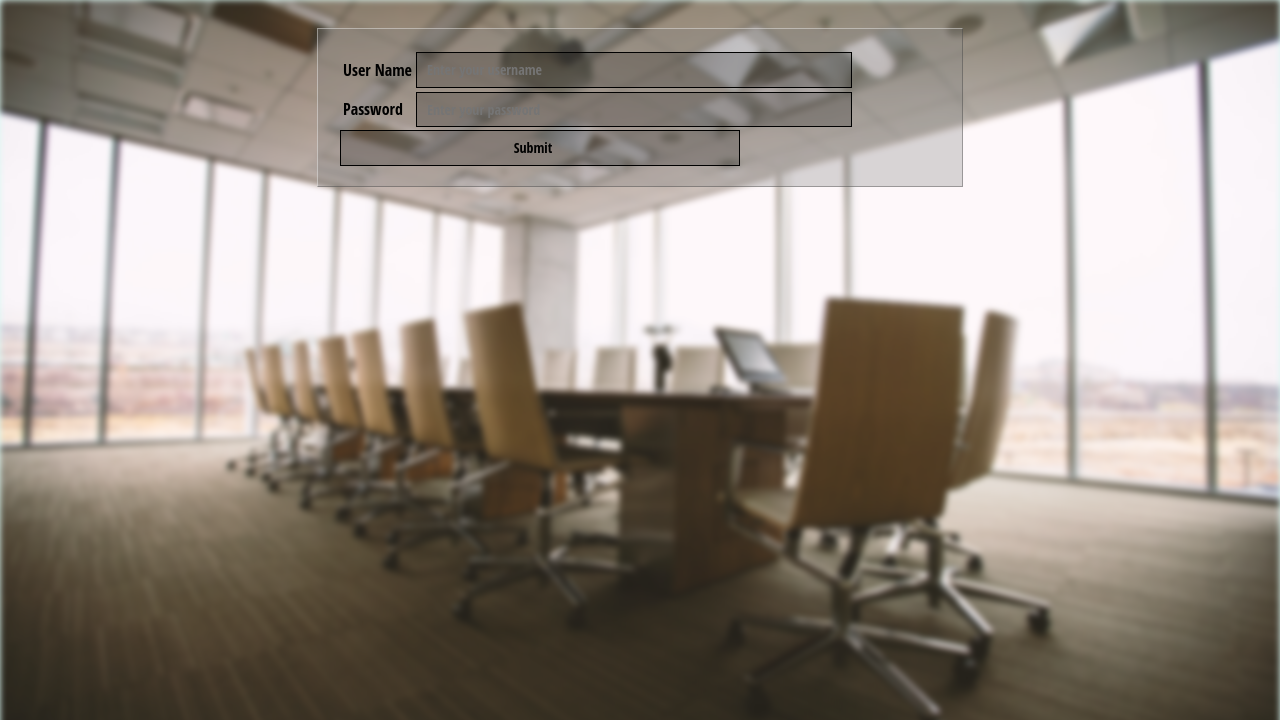
Repository: IT20643218/Employee-Management-System-OOP-Project-20-Y2S2
Page: http://localhost/EmployeeDemo/login.jsp
The author's editor kept a copy of each file at every save. The page is drawn from the files as they stood at one save, then again after the next save.
The browser window is 1280 px wide. The pictures show the whole page.
Some web fonts or font styles are not loaded; a fallback is used. The page is served by Tomcat 9. Nobody is signed in. The application's start-up code is not run.

Above is the page before, as saved 2021-09-30 13:00:33.

After the next save:
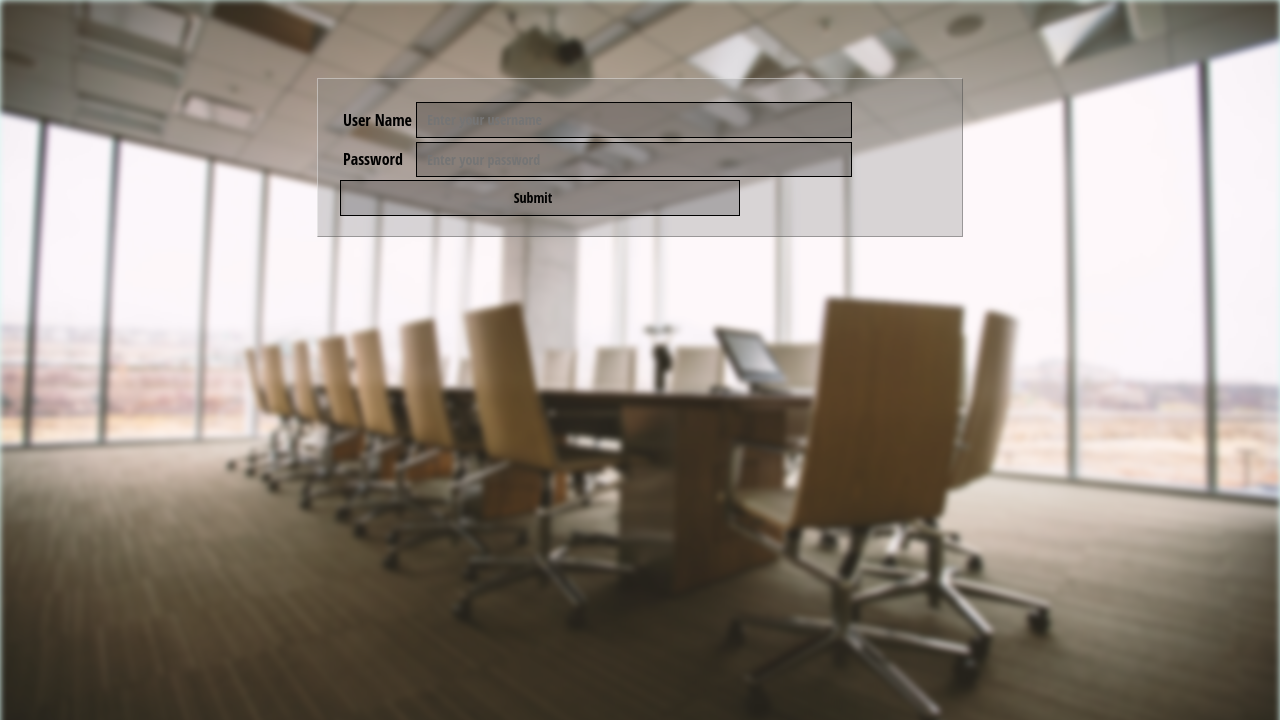
Saved 2 min 51 s later.
--- a/Java_Project/EmployeeDemo/src/main/webapp/login.jsp
+++ b/Java_Project/EmployeeDemo/src/main/webapp/login.jsp
@@ -13,7 +13,7 @@
 body {
   background-color: #daf7f3;
   font-family: "Open Sans Condensed", sans-serif;
-
+  padding: 50px;
 }
 
 #bg {
